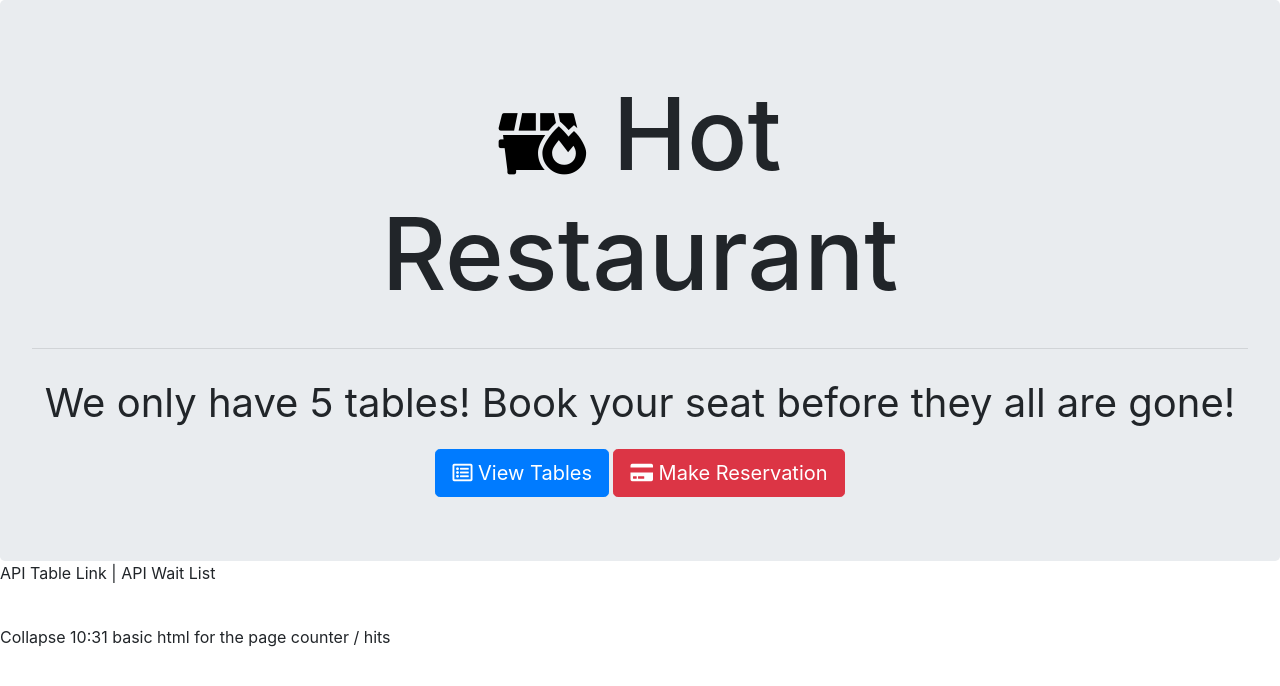
Repository: lcbordelon/Restaurant_Mini_App
Page: home.html
An editor plug-in stored every save of this project. The page is shown before and after the next save, followed by the edit.
The browser window is 1280 px wide. The pictures show the whole page.
Some web libraries are served in a nearby version.

Above is the page before, as saved 2020-12-05 12:59:09.

After the next save:
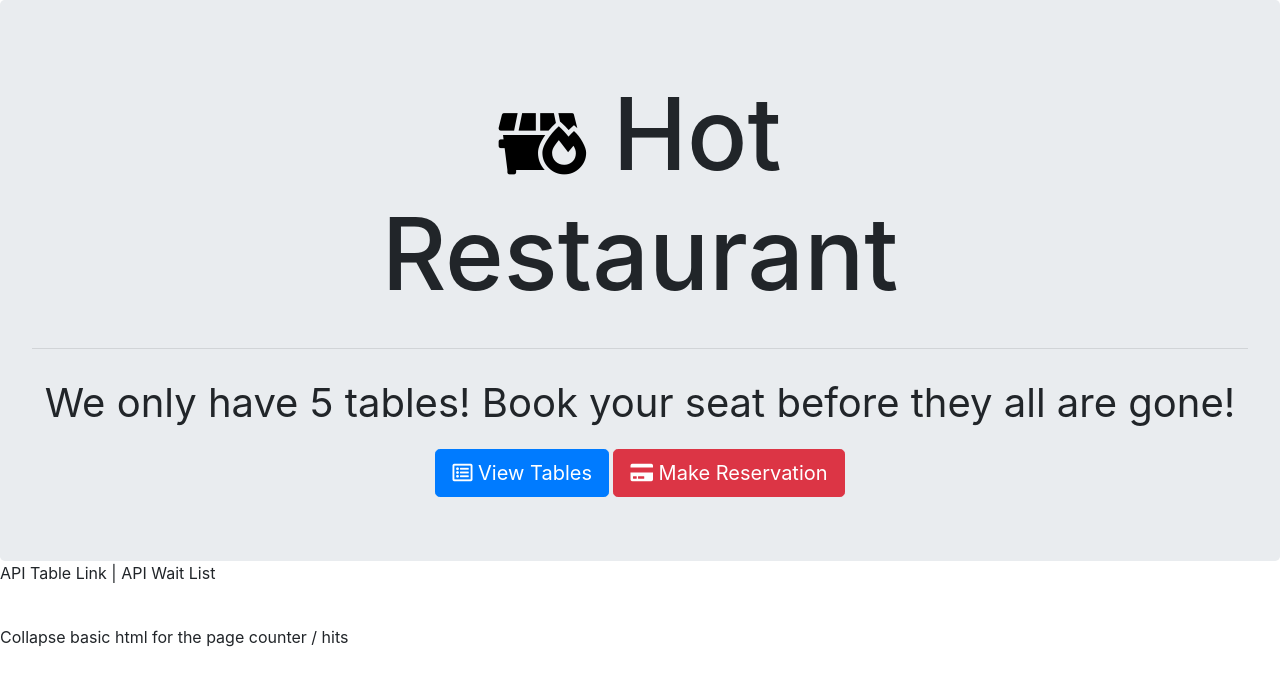
Saved 8 s later.
--- a/home.html
+++ b/home.html
@@ -56,7 +56,7 @@ Collapse
 
 
 
-10:31
+
 basic html for the page counter / hits
 
 </html>
